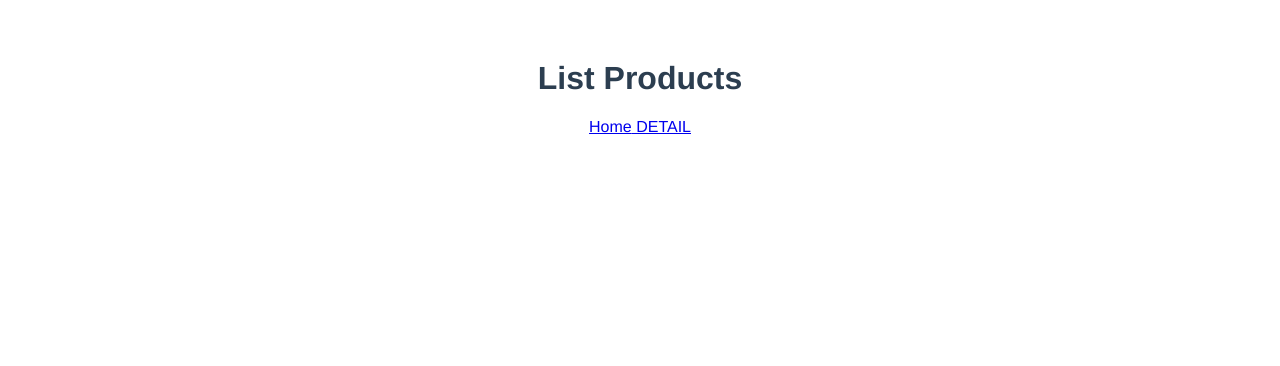
Repository: thanhdat130298/ncc-cart
Page: /
These files come from the project's save history. The page is drawn as it stood at one moment and after a run of saves; the edit follows.
The browser window is 1280 px wide. The pictures show the whole page.
The page's requests for data from a server got no answer. The project was rebuilt for these pictures with package versions that can differ from the ones it lists, and the page was loaded fresh each time. No one was signed in, and anything a server would have sent is missing. Also part of the build but not shown: src/components/home.vue, src/components/detail.vue.

Above is the page before, as saved 2020-03-18 11:09:32.

### src/main.js
import Vue from "vue";
import App from "./App.vue";
import store from "./store.js";
import router from "./routes"


Vue.config.productionTip = false;
Vue.use({ store });
new Vue({
  store,
  router,
  render: h => h(App)
}).$mount("#app");

### src/App.vue
<template>
  <div id="app">
    <h1>List Products</h1>
    <product />
    <cart />
    <review />
    <div>
      <router-link to="/home"> Home</router-link>
      <router-link to="/detail"> DETAIL</router-link>
    </div>
    <router-view />
  </div>
</template>

 <script>
import product from "./components/product.vue";
import Review from "./components/review.vue";
import Cart from "./components/cart.vue";

export default {
  name: "App",
};
</script>

<style>
#app {
  font-family: Avenir, Helvetica, Arial, sans-serif;
  -webkit-font-smoothing: antialiased;
  -moz-osx-font-smoothing: grayscale;
  text-align: center;
  color: #2c3e50;
  margin-top: 60px;
}
</style>

### src/store.js
import Vue from "vue";
import Vuex from "vuex";
import axios from "axios";
import VueAxios from "vue-axios";
Vue.use(Vuex);
Vue.use(VueAxios, axios);
export default new Vuex.Store({
  state: {
    products: [],
    carts: []
  },
  getters: {
    getProducts: state => state.products,
    inCart: state => state.carts
  },
  mutations: {
    SAVE_PRODUCT(state, proApi) {
      state.products = proApi;
    },
    SAVE_CART(state, cartApi) {
      state.carts = cartApi;
    },
    updateCart(state, product) {
      let found = this.state.carts.find(array => {
        return array.idPro == product.idPro;
      });
      if (found) {
        found.qty++;
      } else {
        this.state.carts.push({
          qty: 1,
          idPro: product.idPro,
          name: product.name,
          price: product.price
        });
      }
      product.proStatic --;
    }
  },
  actions: {
    //get product from API
    listProduct({ commit }) {
      Vue.axios
        .get("http://localhost:3000/product/get")
        .then(result => {
          commit("SAVE_PRODUCT", result.data);
        })
        .catch(error => {
          throw new Error(`API ${error}`);
        });
    },

    //GET from cart api
    listCart({ commit }) {
      Vue.axios
        .get("http://localhost:3000/cart")
        .then(result => {
          commit("SAVE_CART", result.data);
        })
        .catch(error => {
          throw new Error(`API ${error}`);
        });
    },
    //post to cart API
    saveCart(state, product) {
        Vue.axios
          .post("http://localhost:3000/cart/create", {
            idPro: product.idPro,
            price: product.price,
            name: product.name,
            qty: 1
          })
          .catch(error => {
            console.log(error)
          console.log("else");
          });

    },
    callUpdateCart({ commit }, product) {
      commit("updateCart", product);
    }}
});

### src/routes.js
import Vue from "vue";
import Router from "vue-router";
import home from "@/components/home";
import detail from "@/components/detail";
Vue.use(Router);
export default new Router({
  routes: [
    {
      path: "/home",
      name: "home",
      component: home
    },
    {
      path: "/detail",
      name: 'detail',
      component: detail
    }
  ]
});

### src/components/product.vue
<template>
  <div>
    <div class="container">
      <div class="clear"></div>
      <div v-for="product in arrProduct" :key="product.idPro">
        <div class="product">
          <img :src="product.image" alt="image" />
          <div>{{ product.name }}</div>
          <div class="static">
            <p
              v-if="product.proStatic >= 10"
              style="background-image: linear-gradient(to right, white, green, white);color: white;"
            >
              Selling
            </p>
            <p
              v-else-if="product.proStatic < 10 && product.proStatic > 0"
              style="background-image: linear-gradient(to right, white, red, white);color: white;"
            >
              Limit
            </p>
            <p
              v-else
              style="background-image: linear-gradient(to right, white, #808080, white);color: white;"
            >
              Empty
            </p>
            <ul>
              <li>Meterial: {{ product.meterial }}</li>
              <li>Fabric: {{ product.fabric }}</li>
              <li>Real: {{ product.real }}</li>
              <li>Price: {{ product.price }}</li>
            </ul>
            <button
              v-on:click="updateCart(product)"
              :disabled="!check(product)"
              :class="{ disable: !check(product) }"
            >
              ADD TO CART
            </button>
          </div>
        </div>
      </div>
    </div>
  </div>
</template>

<script>
export default {
  name: "product",
  computed: {
    arrProduct() {
      return this.$store.getters.getProducts;
    }
  },
  created () {
    this.$store.dispatch("listProduct");
  },
  methods: {
    updateCart(product) {
     // console.log("aa", product)
      this.$store.dispatch("callUpdateCart", product);
      this.$store.dispatch("saveCart", product);
    },
    check(product) {
      if (product.proStatic > 0) {
        return true;
      }
      return false;
    }
  }
};
</script>
<style scoped>
.disable {
  background-color: black;
}
.total {
  clear: left;
  color: white;
  height: 50px;
  line-height: 50px;
  font-size: 20px;
  background-color: chocolate;
}
* {
  margin: 0;
  padding: 0;
}
h3 {
  margin: 40px 0 0;
}
.clear {
  clear: left;
}
form {
  width: 70%;
  margin: 0 auto;
  padding: 10px;
}
ul {
  list-style-type: none;
  padding: 0;
}
li {
  margin: 0;
}
h2 {
  margin: 0;
  padding: 0;
}
p {
  margin: 5px;
}
.dis {
  background-color: yellow;
}
a {
  color: #42b983;
}
img {
  height: 300px;
  width: 90%;
}
.container {
}
.fixed > div {
  width: 100%;
}
.fixed {
  border: 1px solid red;
  position: fixed;
  top: 0;
  right: 0;
  margin-bottom: 100px;
  width: 300px;
  background-color: cornsilk;
}
.cartdetail {
  width: 40%;
  border-bottom: 1px solid black;

  float: left;
}
.product {
  border: 1px solid black;
  float: left;
  margin-left: 1%;
  margin-top: 5%;
  width: 24%;
  box-sizing: border-box;
}
.color-box {
  width: 40px;
  margin-left: 30%;
  height: 40px;
}
button {
  background-color:cornflowerblue;
  color: white;
  outline: none;
  height: 30px;
  border-radius: 10px;

  width: 130px;
}
.cart {
  height: 40px;
  line-height: 40px;
  font-size: 20px;
  background-color: burlywood;
  color: white;
  font-weight: bold;
  width: 100%;
  margin: 0;
  border: 1px solid green;
}
</style>

### src/components/review.vue
<template>
  <div class="container">
    <form class="review-form" @submit.prevent="onSubmit">
      <div class="form-right">
        <p>
          <label for="name">Name:</label>
          <input id="name" v-model="name" placeholder="name" />
        </p>
        <p>
          <label for="review">Review:</label>
          <textarea id="review" v-model="review"></textarea>
        </p>
        <p>
          <label for="rating">Rating:</label>
          <select id="rating" v-model.number="rating">
            <option>5</option>
            <option>4</option>
            <option>3</option>
            <option>2</option>
            <option>1</option>
          </select>
        </p>
        <p>
          <input type="submit" value="Submit" />
        </p>
      </div>
      <div v-for="(review,index) in reviews" v-bind:key="index">
        <span>{{ review.name }}</span>
        <span>{{ review.rating }}</span>
        <span>{{ review.review }}</span
        ><br />
      </div>
      <div v-if="errors.length" class="form-left">
        <b> Please correct the following error(s):</b>
        <ul>
          <li v-for="(error,index) in errors" v-bind:key="index">{{ error }}</li>
        </ul>
      </div>
    </form>
  </div>
</template>
<script>
export default {
  name: "Review",
  data() {
    return {
      review: null,
      rating: null,
      name: null,
      errors: [],
      reviews: []
    };
  },
  methods: {
    onSubmit() {
      this.errors.length=3;
      if (this.name && this.review && this.rating) {
        //GET VALUE NAME, REVIEW, RATING
        this.reviews.push({
          name: this.name,
          review: this.review,
          rating: this.rating
        });
        this.errors.length = 0;
      } else {
        if (!this.name) this.errors.push("Name Required!");
        if (!this.review) this.errors.push("Review Required!");
        if (!this.rating) this.errors.push("Rating Required!");
      }
    }
  },
  computed: {
    show() {
      return this.reviews;
    }
  }
};
</script>
<style scoped>
.form-right {
  width: 100%;
  margin-top: 10px;
  float: left;
}
.form-right {
  border: 1px solid black;
}
span {
  margin-left: 5px;
}
li {
  color: red;
  list-style: none;
}
</style>

### src/components/cart.vue
<template>
  <div>
    <div class="fixed">
      <p class="cart">Cart = {{ Counter }}</p>
      <div v-for="cart in inCart" v-bind:key="cart.idPro" class="cartdetail">
        <div>Product Name: {{ cart.name }}</div>
        <div>Product id: {{ cart.idPro }}</div>
        <div>Choosed: {{ cart.qty }}</div>
        <div>Product Price: {{ cart.price }}$</div>
      </div>
      <div class="total">Total: {{ totalPrice }}$</div>
    </div>
  </div>
</template>

<script>
export default {
  name: "Cart",
  computed: {
    inCart() {
      return this.$store.getters.inCart;
    },
    totalPrice() {
      let sum = 0;
      for (let i = 0; i < this.$store.state.carts.length; i++) {
        sum +=
          this.$store.state.carts[i].price * this.$store.state.carts[i].qty;
        //console.log(this.$store.state.carts)
      }
      return sum;
    },
    Counter() {
      let count = 0;
      for (let i = 0; i < this.$store.state.carts.length; i++) {
        count = count + this.$store.state.carts[i].qty;
      }
      return count;
    }
  },
  created() {
    this.$store.dispatch("listCart");
  }
};
</script>
<style scoped>
.disable {
  background-color: black;
}
.total {
  clear: left;
  color: white;
  height: 50px;
  line-height: 50px;
  font-size: 20px;
  background-color: chocolate;
}
* {
  margin: 0;
  padding: 0;
}
h3 {
  margin: 40px 0 0;
}
.clear {
  clear: left;
}
form {
  width: 70%;
  margin: 0 auto;
  padding: 10px;
}
ul {
  list-style-type: none;
  padding: 0;
}
li {
  margin: 0;
}
h2 {
  margin: 0;
  padding: 0;
}
p {
  margin: 5px;
}
.dis {
  background-color: yellow;
}
a {
  color: #42b983;
}
img {
  height: 300px;
  width: 90%;
}
.container {
}
.fixed > div {
  width: 100%;
}
.fixed {
  box-shadow: 5px 10px 10px 5px #888888;
  opacity: 0.9;
  border: 1px solid red;
  position: fixed;
  top: 0;
  right: 0;
  margin-bottom: 100px;
  border-radius: 5px;
  width: 300px;
  background-color: cornsilk;
}
.cartdetail {
  width: 40%;
  border-bottom: 1px solid black;

  float: left;
}
.pro1 {
  border: 1px solid black;
  float: left;
  margin-left: 1%;
  margin-top: 5%;
  width: 24%;
  box-sizing: border-box;
}
.color-box {
  width: 40px;
  margin-left: 30%;
  height: 40px;
}
button {
  background-color: brown;
  color: white;
  outline: none;
  height: 40px;
  width: 70px;
}
.cart {
  height: 40px;
  line-height: 40px;
  font-size: 20px;
  background-color: burlywood;
  color: white;
  font-weight: bold;
  width: 100%;
  margin: 0;
  border: 1px solid green;
}
</style>

Loaded but not shown: public/index.html (common file)

After the next 5 saves:
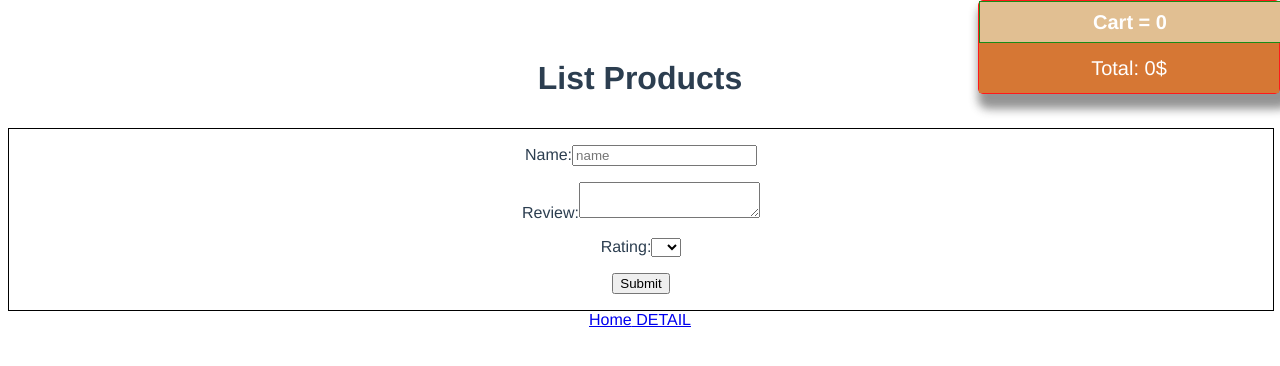
The 5 saves are shown as one change because 1 did not build or start and some came seconds apart.
The last was saved 19 s later.
--- a/src/App.vue
+++ b/src/App.vue
@@ -19,6 +19,11 @@ import Cart from "./components/cart.vue";
 
 export default {
   name: "App",
+  components: {
+  product,
+  Review,
+  Cart
+  }
 };
 </script>
 
